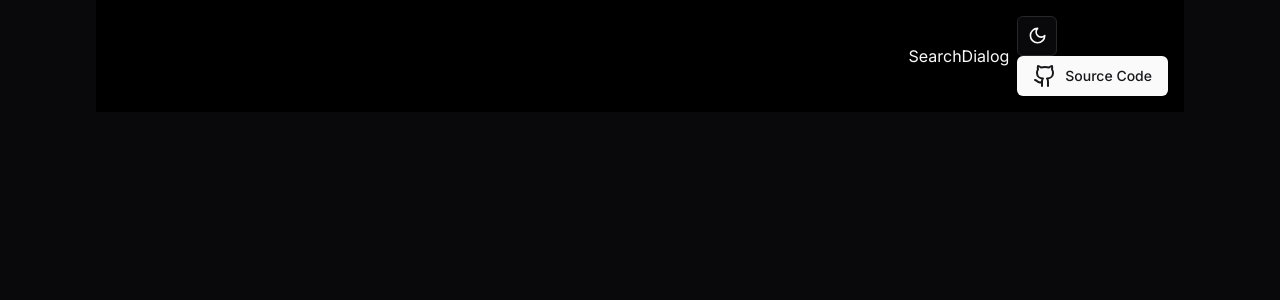
Repository: Young-Dev001/weather-app
Page: /
The author's editor kept a copy of each file at every save. The page is drawn from the files as they stood at one save, then again after the next save.
The browser window is 1280 px wide. The pictures show the whole page.
The project was rebuilt for these pictures with package versions that can differ from the ones it lists, and the page was loaded fresh each time. The framework's server and built-in components were replaced by stand-ins that run in the browser. Also part of the build but not shown: next.config.mjs.

Above is the page before, as saved 2024-06-09 12:07:33.

After the next save:
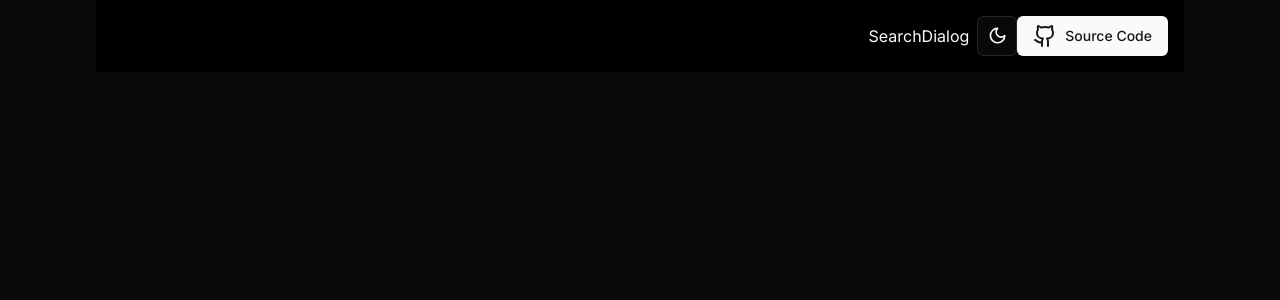
Saved 27 s later.
--- a/components/Navbar.tsx
+++ b/components/Navbar.tsx
@@ -17,7 +17,7 @@ function Navbar() {
       </div>
       <div className="search-container flex gap-2 ml-auto items-center">
         <SearchDialog />
-        <div className="btn-group">
+        <div className="btn-group flex items-center">
         <ThemeDropDown />
         <Button
           type="button"
